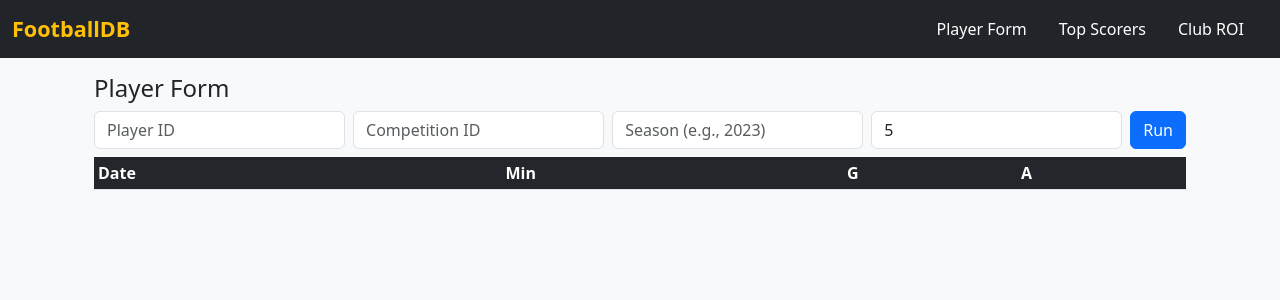
Repository: daniqusy/FootballDB
Page: http://localhost/player/form?player_id=${r.player_id}
These files come from the project's save history. The page is drawn as it stood at one moment and after the next save; the edit follows.
The browser window is 1280 px wide. The pictures show the whole page.
The page is served by the project's application, run on Flask 3 (app.py).

Above is the page before, as saved 2025-11-02 14:28:32.

After the next save:
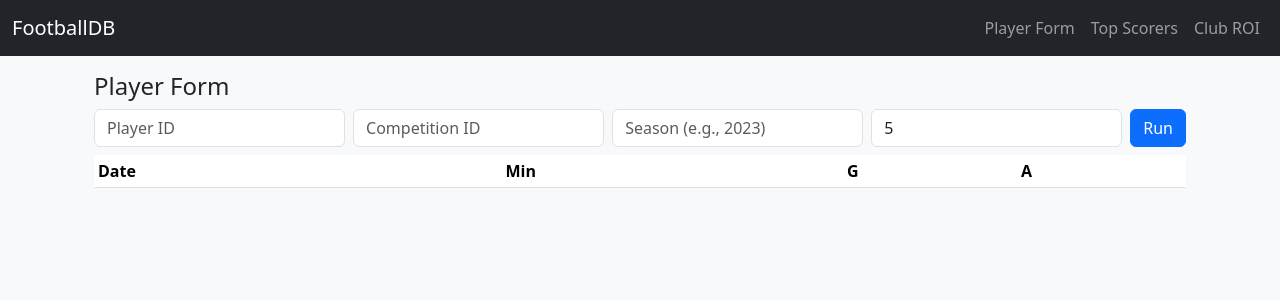
Saved 2 s later.
--- a/static/styles.css
+++ b/static/styles.css
@@ -1,58 +1,4 @@
-
-.table td, .table th { vertical-align: middle; background: #23272b; color: #fff; }
-
-body.bg-dark {
-  background: #181a1b !important;
-  color: #fff !important;
-}
-
-.navbar.bg-black {
-  background: #181a1b !important;
-  border-radius: 1rem;
-  box-shadow: 0 2px 12px rgba(0,0,0,0.12);
-}
-.navbar .navbar-brand {
-  color: #ffc107 !important;
-  font-weight: 700;
-  font-size: 1.35rem;
-}
-.navbar .nav-link {
-  color: #fff !important;
-  font-weight: 500;
-  margin-right: 1rem;
-  transition: color 0.2s;
-}
-.navbar .nav-link:hover {
-  color: #ffc107 !important;
-}
-
-.container, .container-fluid {
-  background: transparent !important;
-}
-
-.card, .league-card {
-  background: #181a1b !important;
-  color: #fff !important;
-  border-radius: 1rem;
-  box-shadow: 0 2px 12px rgba(0,0,0,0.08);
-}
-.card-header {
-  background: #181a1b !important;
-  color: #fff !important;
-  font-weight: 600;
-  border-radius: 1rem 1rem 0 0;
-  border: none;
-  font-size: 1.1rem;
-}
-.table-striped > tbody > tr:nth-of-type(odd) {
-  background-color: #23272b !important;
-}
-.table-striped > tbody > tr:nth-of-type(even) {
-  background-color: #181a1b !important;
-}
-.lead {
-  color: #bdbdbd !important;
-}
+.table td, .table th { vertical-align: middle; }
 
 .league-card {
   border-radius: 1rem;
